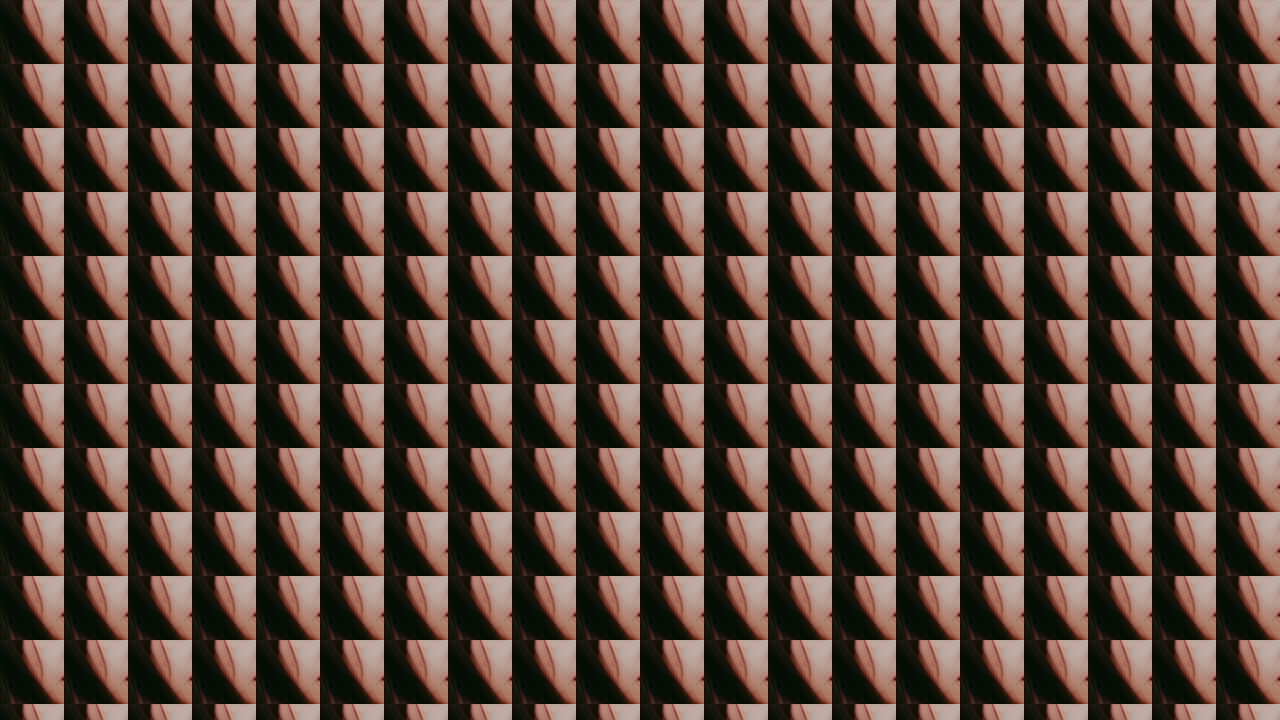
Repository: honghyunAhn/DailyFront
Page: Day210214_CSS_&_Javascript_Background_Animation_Effects/index.html
The author's editor kept a copy of each file at every save. The page is drawn from the files as they stood at one save, then again after the next save.
The browser window is 1280 px wide. The pictures show the whole page.

Above is the page before, as saved 2021-02-15 14:55:27.

### Day210214_CSS_&_Javascript_Background_Animation_Effects/index.html
<!DOCTYPE html>
<html lang="en">
<head>
    <meta charset="UTF-8">
    <meta http-equiv="X-UA-Compatible" content="IE=edge">
    <meta name="viewport" content="width=device-width, initial-scale=1.0">
    <title>CSS & Javascript Background Animation Effects</title>
    <link rel="stylesheet" href="style.css">
</head>
<body>
    <section>
        <h2>JS Animation</h2>
        <div class="banner">
            <div class="blocks"></div>
        </div>
    </section>
    <script>
        const banner = document.getElementsByClassName('banner')[0];
        const blocks = document.getElementsByClassName('blocks');

        for (var i = 1; i < 400; i++){
            banner.innerHTML += "<div class='blocks'></div>";
            blocks[i].style.animationDelay = '${i * 0.05}s';
        }
    </script>
</body>
</html>

### Day210214_CSS_&_Javascript_Background_Animation_Effects/style.css
@import url("https://fonts.googleapis.com/css?family=Poppins:200,300,400,500,600,700,800,900&display=swap");
* {
  margin: 0;
  padding: 0;
  font-family: "Poppins" sans-serif;
}
section {
  position: relative;
  width: 100%;
  height: 100vh;
  background: #333;
}
section h2 {
  position: relative;
  width: 100%;
  height: 100vh;
  text-align: center;
  line-height: 100vh;
  font-size: 10vw;
  color: #fff;
  font-weight: 700;
}
.banner {
  position: absolute;
  top: 0;
  left: 0;
  width: 100%;
  height: 100%;
  overflow: hidden;
  display: flex;
  flex-wrap: wrap;
}
.banner .blocks {
  position: relative;
  display: block;
  width: 5vw;
  height: 5vw;
  animation: animate 0.75s ease-in-out forwards;
}
@keyframes animate {
  0% {
    opacity: 0;
    transform: scale(0) translateY(1000px);
  }
  50% {
    opacity: 1;
    background: url(bg.jpg);
    background-position: center;
    background-attachment: fixed;
  }
  100% {
    opacity: 1;
    transform: scale(1) translateY(0px);
    background: url(bg.jpg);
    background-position: center;
    background-attachment: fixed;
  }
}

After the next save:
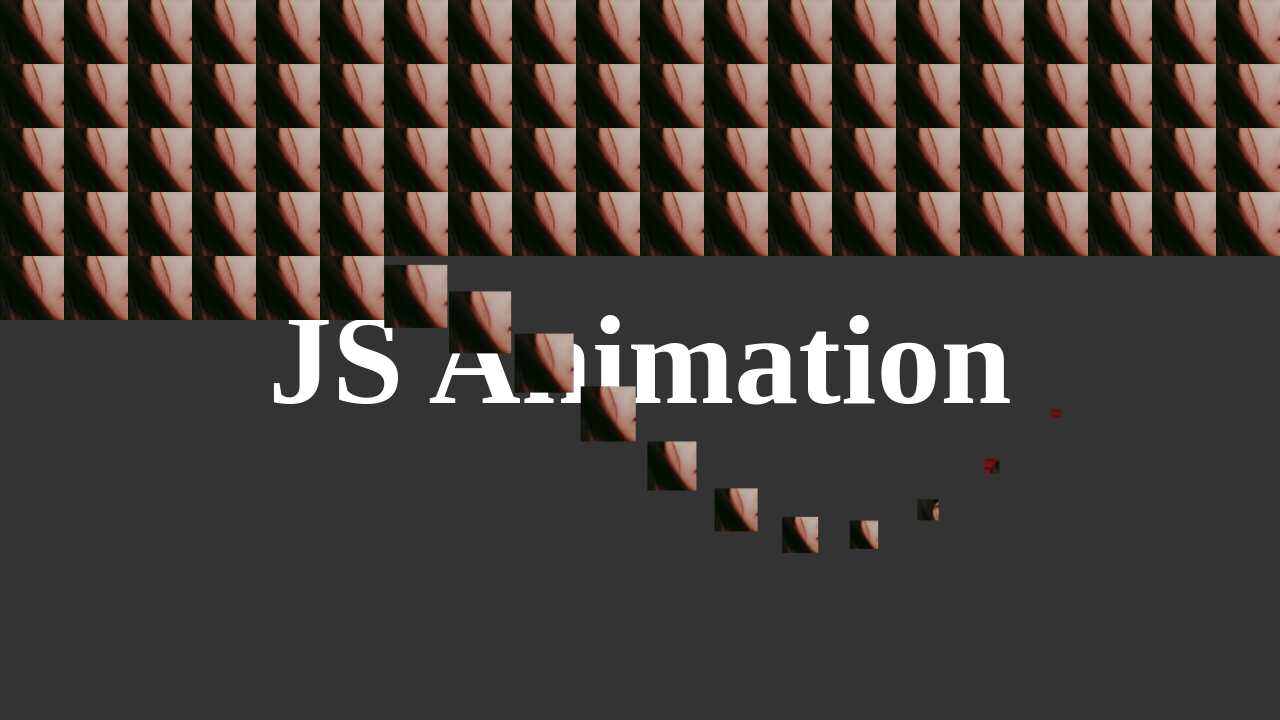
Saved 4 min 51 s later.
--- a/Day210214_CSS_&_Javascript_Background_Animation_Effects/index.html
+++ b/Day210214_CSS_&_Javascript_Background_Animation_Effects/index.html
@@ -20,7 +20,7 @@
 
         for (var i = 1; i < 400; i++){
             banner.innerHTML += "<div class='blocks'></div>";
-            blocks[i].style.animationDelay = '${i * 0.05}s';
+            blocks[i].style.animationDelay = `${i * 0.05}s`;
         }
     </script>
 </body>
